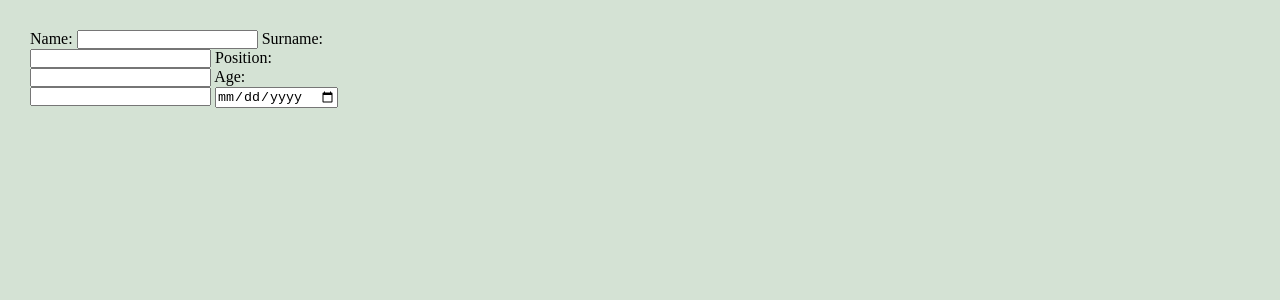
Repository: AytacSafarova/Form-lesson
Page: index.html
The author's editor kept a copy of each file at every save. The page is drawn from the files as they stood at one save, then again after a run of saves.
The browser window is 1280 px wide. The pictures show the whole page.

Above is the page before, as saved 2023-08-29 14:34:15.

### index.html
<!DOCTYPE html>
<html lang="en">
<head>
    <meta charset="UTF-8">
    <meta name="viewport" content="width=device-width, initial-scale=1.0">
    <title>Document</title>
    <link rel="stylesheet" href="./index.css">
</head>
<body>
    <div>
        <form action="https://randomuser.me/api/">
            <label for="">
                Name:
                <input type="text">
            </label>
            <label for="">
                Surname:
                <input type="text">
            </label>
            <label for="">
                Position:
                <input type="text">
            </label>
            <label for="">
                Age:
                <input type="number">
            </label>
            <label for="">
                <input type="date">
            </label>
        </form>
    </div>
</body>
</html>

### index.css
*{
    margin: 0;
    padding: 0;
    box-sizing: border-box;
}
div{
    background-color: #D4E2D4;
   min-height: 100vh;
   width: 100%;
}
form{
    width: 30%;
    padding: 30px;
    background-color: ;
}

After the next 5 saves:
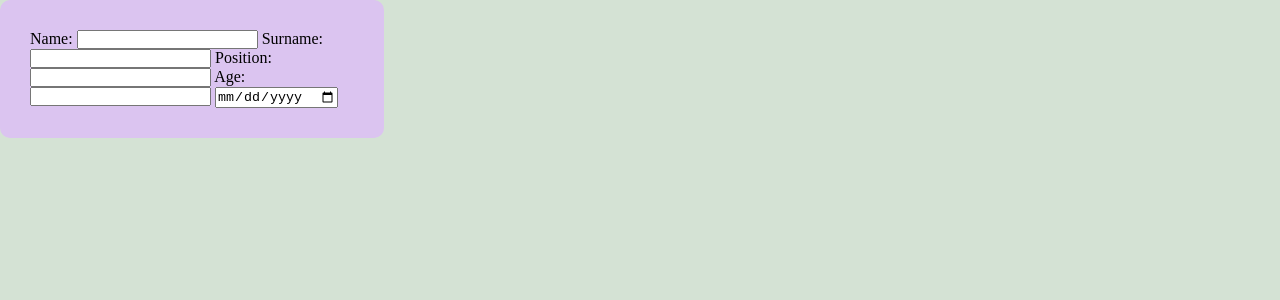
The 5 saves are shown as one change because they came seconds apart.
The last was saved 21 s later.
--- a/index.css
+++ b/index.css
@@ -11,5 +11,6 @@ div{
 form{
     width: 30%;
     padding: 30px;
-    background-color: ;
+    background-color: #DBC4F0;
+    border-radius: 10px;
 }
